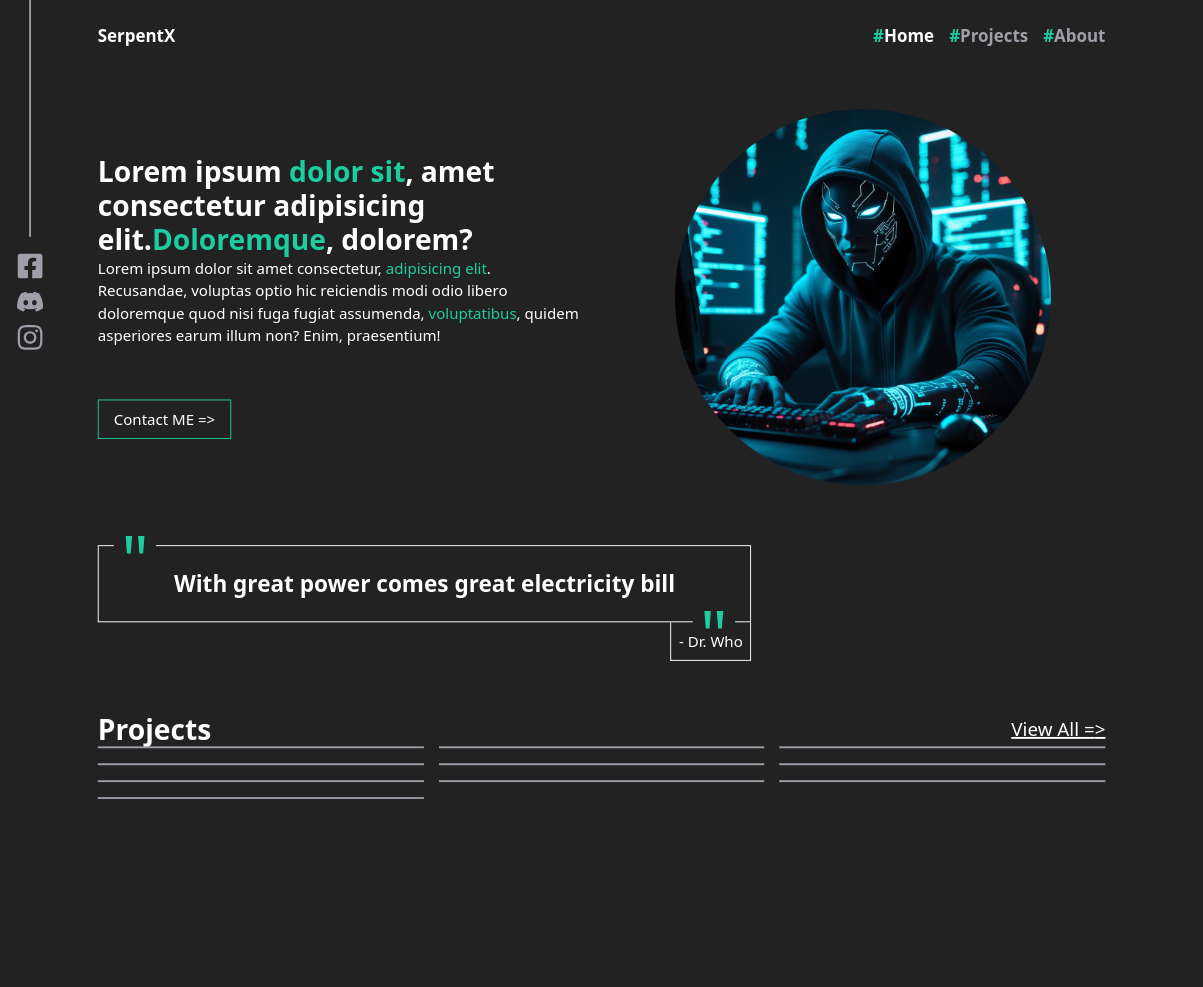
Repository: SERPENTX03/Portfolio-Tutorial
Page: /
These files come from the project's save history. The page is drawn as it stood at one moment and after the next save; the edit follows.
The browser window is 1280 px wide. The pictures show the whole page, at 94% of full size.
The project was rebuilt for these pictures with package versions that can differ from the ones it lists, and the page was loaded fresh each time. The framework's server and built-in components were replaced by stand-ins that run in the browser. Also part of the build but not shown: next.config.ts.

Above is the page before, as saved 2025-04-19 21:14:25.

After the next save:
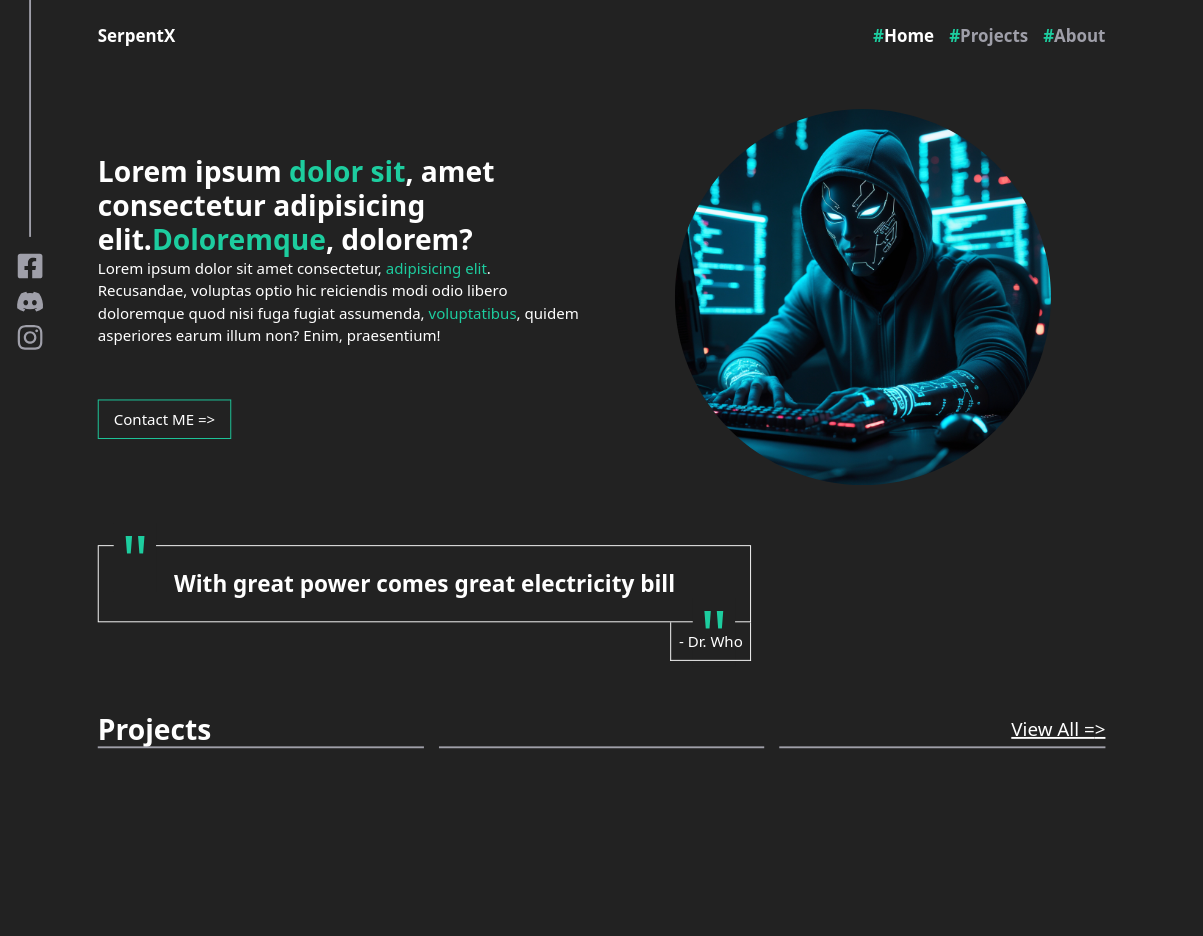
Saved 44 s later.
--- a/components/Projects.tsx
+++ b/components/Projects.tsx
@@ -12,7 +12,7 @@ const Projects = () => {
         </Link>
       </div>
       <div className="grid gird-cols-1 sm:grid-cols-2 md:grid-cols-3 gap-4">
-        {projects.map((project) => (
+        {projects.slice(0, 3).map((project) => (
           <div key={project.id} className="border border-text"></div>
         ))}
       </div>
